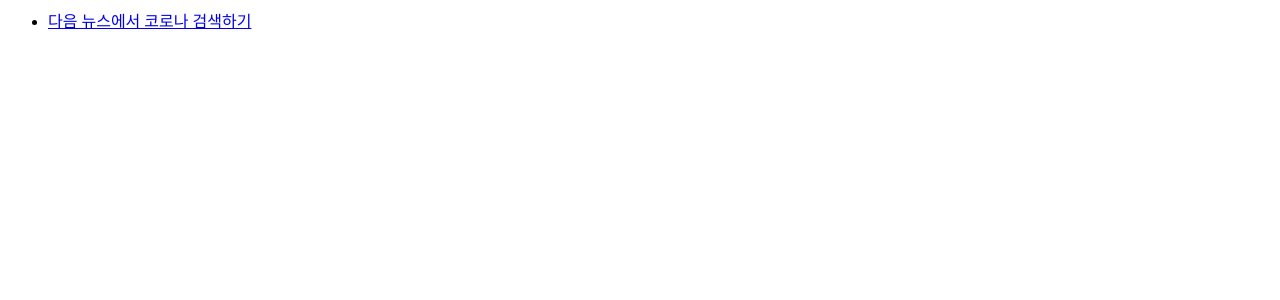
Repository: juhee1020/studying
Page: http://localhost/jsp01_basic/jsp10_jstl/jsp06_url.jsp
These files come from the project's save history. The page is drawn as it stood at one moment and after the next save; the edit follows.
The browser window is 1280 px wide. The pictures show the whole page.
The page is served by Tomcat 9.

Above is the page before, as saved 2022-12-14 03:09:39.

After the next save:
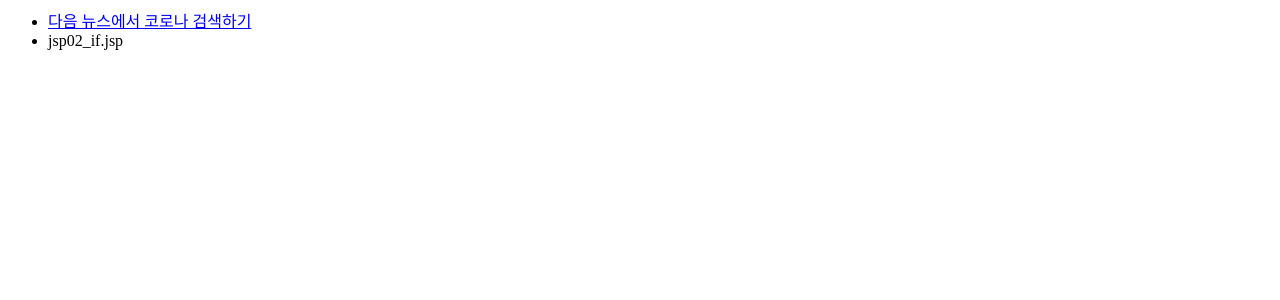
Saved 61 s later.
--- a/JSP/jsp01_basic/WebContent/jsp10_jstl/jsp06_url.jsp
+++ b/JSP/jsp01_basic/WebContent/jsp10_jstl/jsp06_url.jsp
@@ -8,9 +8,10 @@
 	<c:param name="q" value="코로나"/>
 </c:url>
 
-<ul><li>
-	<a href="${searchURL}">다음 뉴스에서 코로나 검색하기</a>
-</li></ul>
+<ul>
+	<li><a href="${searchURL}">다음 뉴스에서 코로나 검색하기</a></li>
+	<li><c:url value="jsp02_if.jsp"></c:url></li>
+</ul>
 
 <!--
 <!DOCTYPE html>
